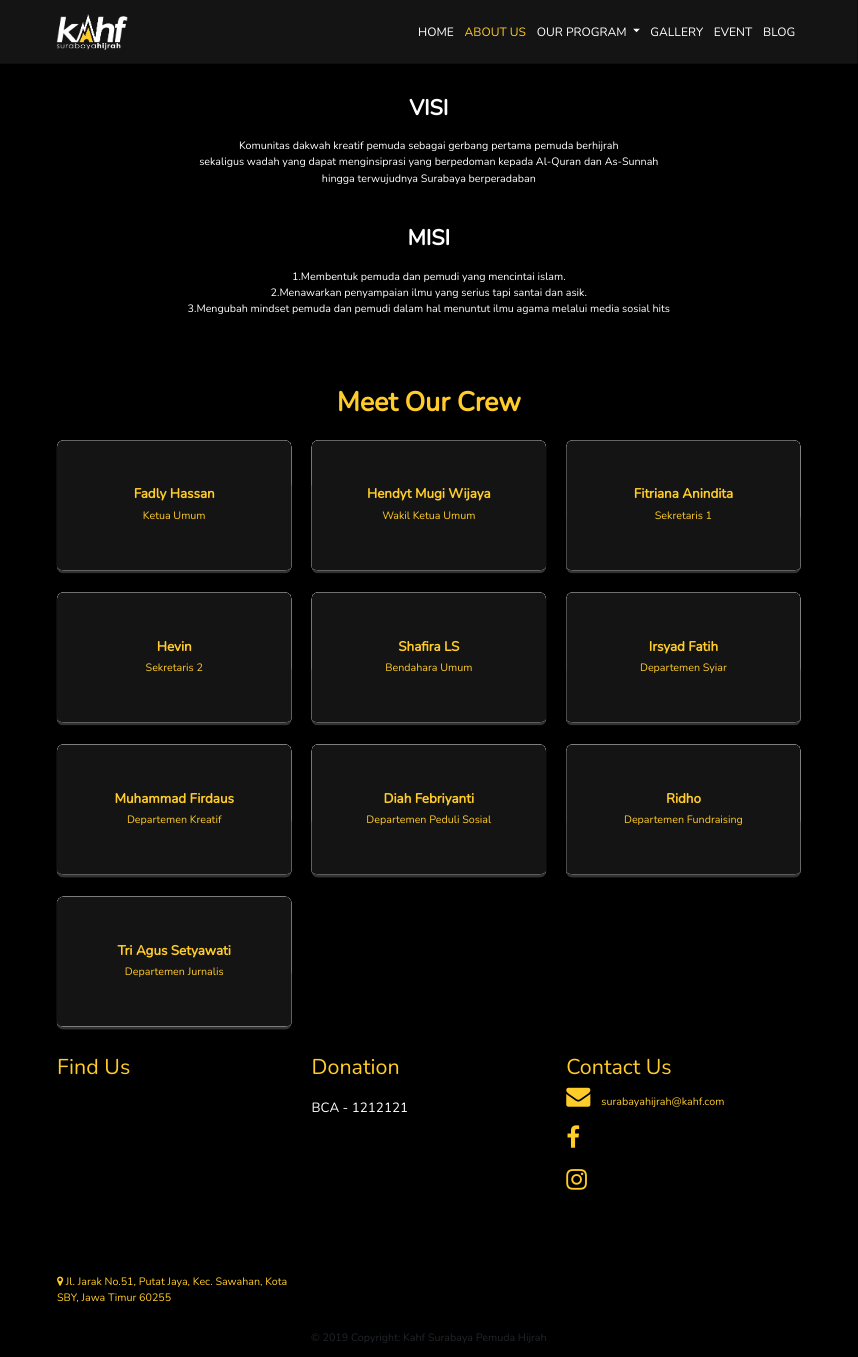
Repository: shandytp/surabaya-hijrah
Page: http://localhost/about.php
The author's editor kept a copy of each file at every save. The page is drawn from the files as they stood at one save, then again after the next save.
The browser window is 1280 px wide. The pictures show the whole page, at 67% of full size.
Pictures or frames that could not be fetched are drawn as grey boxes. Some web libraries are served in a nearby version. The page is run by PHP 8.4 with error messages shown; the project is at /var/www/html/.

Above is the page before, as saved 2019-08-24 10:45:02.
Console error: TypeError: Cannot read properties of undefined (reading 'fn')

### about.php
<!-- Tim IT Surabaya Hijrah
- Wisnu Aria Y (Project Leader & Front End Developer)
- Moch Shandy Tsalasa Putra (Front End Developer)
- Aryo Budilaksono (Back End Developer)
- Kelvin Adji Pangestu (Back End Developer)
-->

<!DOCTYPE html>
<html lang="en">
<head>
    <meta charset="UTF-8">
    <meta name="author" content="Wisnu Aria Y,Moch Shandy Tsalasa Putra">
    <meta name="viewport" content="width=device-width, initial-scale=1.0">
    <meta http-equiv="X-UA-Compatible" content="ie=edge">
    <!-- Favicon -->

    <link rel="shortcut icon" href="pictures/kahf.png" type="image/x-icon">
    <link rel="icon" href="pictures/favicon.ico" type="image/x-icon">

    <!-- Source CDN (Content Delivery Network) -->

    <!-- Navbar Bootstrap -->
    <link rel="stylesheet" href="https://maxcdn.bootstrapcdn.com/bootstrap/4.0.0-beta/css/bootstrap.min.css" integrity="sha384-/Y6pD6FV/Vv2HJnA6t+vslU6fwYXjCFtcEpHbNJ0lyAFsXTsjBbfaDjzALeQsN6M" crossorigin="anonymous">
    <script src="//maxcdn.bootstrapcdn.com/bootstrap/4.0.0/js/bootstrap.min.js"></script>
    <script src="//code.jquery.com/jquery-1.11.1.min.js"></script>

    <!-- Icon-icon -->
    <link rel="stylesheet" href="https://stackpath.bootstrapcdn.com/font-awesome/4.7.0/css/font-awesome.min.css">

    <!-- About Us -->


    <!-- Main CSS -->
    <link rel="stylesheet" href="css/main.css">

    <!-- Title -->
    <title>About Us</title>
</head>
<body>
    <!-- Navbar -->
<header>
       <nav class="navbar navbar-expand-lg navbar-light bg-dark text-light py-3 main-nav">
          <div class="container">
            <a class="navbar-brand " href="index.php"><img src="pictures/kahflogo.png" width="105" height="52.5" alt="Kahf Logo"></a>
              <button class="navbar-toggler" type="button" data-toggle="collapse" data-target="#navbarSupportedContent" aria-controls="navbarSupportedContent" aria-expanded="false" aria-label="Toggle navigation">
                <span class="navbar-toggler-icon"></span>
              </button>

              <div class="collapse navbar-collapse " id="navbarSupportedContent">
                <ul class="navbar-nav ml-auto">
                <!-- Active itu buat halaman yang sedang dikunjungi -->
                  <li class="nav-item ">
                    <a class="nav-link link-3" href="index.php">Home <span class="sr-only">(current)</span></a>
                  </li>
                  <li class="nav-item active">
                    <a class="nav-link  link-3" href="about.php">About Us</a>
                  </li>
                  <li class="nav-item dropdown">
                    <a class="nav-link dropdown-toggle" href="#" id="navbardrop" data-toggle="dropdown">
                    Our Program
                    </a>
                    <div class="dropdown-menu sm-menu bg-dark">
                      <a class="dropdown-item " href="pubg.php">PUBG</a>
                      <a class="dropdown-item " href="foodbox.php">Food Box</a>
                      <a class="dropdown-item " href="ruangharapan.php">Ruang Harapan</a>
                      <a class="dropdown-item " href="mbois.php">MBOIS</a>
                    </div>
                  </li>
                  <li class="nav-item">
                    <a class="nav-link link-3" href="gallery.php">Gallery</a>
                  </li>
                  <li class="nav-item">
                    <a class="nav-link link-3" href="event.php">Event</a>
                  </li>
                  <li class="nav-item">
                    <a class="nav-link link-3" href="blog.php">Blog</a>
                  </li>
                </ul>
              </div>
          </div>
        </nav>
    </header>

    <!-- Optional JavaScript -->
    <!-- jQuery first, then Popper.js, then Bootstrap JS -->
    <script src="https://code.jquery.com/jquery-3.2.1.slim.min.js" integrity="sha384-KJ3o2DKtIkvYIK3UENzmM7KCkRr/rE9/Qpg6aAZGJwFDMVNA/GpGFF93hXpG5KkN" crossorigin="anonymous"></script>
    <script src="https://cdnjs.cloudflare.com/ajax/libs/popper.js/1.11.0/umd/popper.min.js" integrity="sha384-b/U6ypiBEHpOf/4+1nzFpr53nxSS+GLCkfwBdFNTxtclqqenISfwAzpKaMNFNmj4" crossorigin="anonymous"></script>
    <script src="https://maxcdn.bootstrapcdn.com/bootstrap/4.0.0-beta/js/bootstrap.min.js" integrity="sha384-h0AbiXch4ZDo7tp9hKZ4TsHbi047NrKGLO3SEJAg45jXxnGIfYzk4Si90RDIqNm1" crossorigin="anonymous"></script>

    <script src="js/navbar.js"></script>


    <!-- About Us -->
  <br>
  <br>
  <!-- Visi -->
  <h2 class="text-center" style="color:white"><strong>VISI</strong></h2>
  <div class="visi">
  <p class="text-center" style="color:white" >Komunitas dakwah kreatif pemuda sebagai gerbang pertama pemuda berhijrah
    <br> sekaligus wadah yang dapat menginsiprasi yang berpedoman kepada Al-Quran dan As-Sunnah
    <br> hingga terwujudnya Surabaya berperadaban</p>
</div>
<!-- Misi -->
<br>
  <h2 class="text-center" style="color:white"><strong>MISI</strong></h2>
  <div class="visi">
  <p class="text-center" style="color:white"  >1.Membentuk pemuda dan pemudi yang mencintai islam.
    <br> 2.Menawarkan penyampaian ilmu yang serius tapi santai dan asik.
    <br> 3.Mengubah mindset pemuda dan pemudi dalam hal menuntut ilmu agama melalui media sosial hits</p>
</div>


  <br/>
  <div class="container">
    <h1 class="text-center">Meet Our Crew</h1>
  <div class="row">

  <!--Ketua Umum-->
  <div class="col-lg-4">
  <div class="our-team-main">

  <div class="team-front">
  <h3>Fadly Hassan</h3>
  <p>Ketua Umum</p>
  </div>

  <div class="team-back">
  <span class="back-content">
  Dhif jalok tolong ojok dadi wibu koyok tepe

  </span>
    <div class="text-center">
    <!-- just add href= for your links, like this: -->
    <a href="http://facebook.com" class="btn btn-social-icon btn-facebook">
    <i class="fa fa-facebook"></i></a>
    <a href="http://instagram.com" class="btn btn-social-icon btn-instagram"><i class="fa fa-instagram"></i></a>
    <a class="btn btn-social-icon btn-linkedin"><i class="fa fa-linkedin"></i></a>

    <a class="btn btn-social-icon btn-twitter"><i class="fa fa-twitter"></i></a>

  </div>
  </div>

  </div>
  </div>
  <!--Waketum-->

 <div class="col-lg-4">
  <div class="our-team-main">

  <div class="team-front">
  <h3>Hendyt Mugi Wijaya</h3>
  <p>Wakil Ketua Umum</p>
  </div>

  <div class="team-back">
  <span class="back-content">
  pengen vapor

  </span>
    <div class="text-center">
    <!-- just add href= for your links, like this: -->
    <a href="http://facebook.com" class="btn btn-social-icon btn-facebook">
    <i class="fa fa-facebook"></i></a>
    <a href="http://instagram.com" class="btn btn-social-icon btn-instagram"><i class="fa fa-instagram"></i></a>
    <a class="btn btn-social-icon btn-linkedin"><i class="fa fa-linkedin"></i></a>

    <a class="btn btn-social-icon btn-twitter"><i class="fa fa-twitter"></i></a>

  </div>
  </div>

  </div>
  </div>


  <!--Sekretaris1-->
  <div class="col-lg-4">
  <div class="our-team-main">

  <div class="team-front">
  <h3>Fitriana Anindita</h3>
  <p>Sekretaris 1</p>
  </div>

  <div class="team-back">
  <span>
  Lorem ipsum dolor sit amet, consectetuer adipiscing elit. Aenean commodo ligula eget dolor. Aenean massa. Cum sociis
  </span>
     <div class="text-center">
    <!-- just add href= for your links, like this: -->
    <a href="http://facebook.com" class="btn btn-social-icon btn-facebook">
    <i class="fa fa-facebook"></i></a>

    <a class="btn btn-social-icon btn-github"><i class="fa fa-github"></i></a>
    <a class="btn btn-social-icon btn-google-plus"><i class="fa fa-google-plus"></i></a>
    <a class="btn btn-social-icon btn-instagram"><i class="fa fa-instagram"></i></a>
    <a class="btn btn-social-icon btn-linkedin"><i class="fa fa-linkedin"></i></a>

    <a class="btn btn-social-icon btn-twitter"><i class="fa fa-twitter"></i></a>

  </div>
  </div>

  </div>
  </div>

  <!--Sekretaris2-->
  <div class="col-lg-4">
  <div class="our-team-main">

  <div class="team-front">
  <h3>Hevin</h3>
  <p>Sekretaris 2</p>
  </div>

  <div class="team-back">
  <span>
  Lorem ipsum dolor sit amet, consectetuer adipiscing elit. Aenean commodo ligula eget dolor. Aenean massa. Cum sociis
  </span>
     <div class="text-center">
    <!-- just add href= for your links, like this: -->
    <a href="http://facebook.com" class="btn btn-social-icon btn-facebook">
    <i class="fa fa-facebook"></i></a>

    <a class="btn btn-social-icon btn-github"><i class="fa fa-github"></i></a>
    <a class="btn btn-social-icon btn-google-plus"><i class="fa fa-google-plus"></i></a>
    <a class="btn btn-social-icon btn-instagram"><i class="fa fa-instagram"></i></a>
    <a class="btn btn-social-icon btn-linkedin"><i class="fa fa-linkedin"></i></a>

    <a class="btn btn-social-icon btn-twitter"><i class="fa fa-twitter"></i></a>

  </div>
  </div>

  </div>
  </div>

  <!--Bendum-->
  <div class="col-lg-4">
  <div class="our-team-main">

  <div class="team-front">
  <h3>Shafira LS</h3>
  <p>Bendahara Umum</p>
  </div>

  <div class="team-back">
  <span>
  Lorem ipsum dolor sit amet, consectetuer adipiscing elit. Aenean commodo ligula eget dolor. Aenean massa. Cum sociis
  </span>
     <div class="text-center">
    <!-- just add href= for your links, like this: -->
    <a href="http://facebook.com" class="btn btn-social-icon btn-facebook">
    <i class="fa fa-facebook"></i></a>

    <a class="btn btn-social-icon btn-github"><i class="fa fa-github"></i></a>
    <a class="btn btn-social-icon btn-google-plus"><i class="fa fa-google-plus"></i></a>
    <a class="btn btn-social-icon btn-instagram"><i class="fa fa-instagram"></i></a>
    <a class="btn btn-social-icon btn-linkedin"><i class="fa fa-linkedin"></i></a>

    <a class="btn btn-social-icon btn-twitter"><i class="fa fa-twitter"></i></a>

  </div>
  </div>

  </div>
  </div>

  <!--Departemen Syiar-->
  <div class="col-lg-4">
  <div class="our-team-main">

  <div class="team-front">
  <h3>Irsyad Fatih</h3>
  <p>Departemen Syiar</p>
  </div>

  <div class="team-back">
  <span>
  Lorem ipsum dolor sit amet, consectetuer adipiscing elit. Aenean commodo ligula eget dolor. Aenean massa. Cum sociis
  </span>
     <div class="text-center">
    <!-- just add href= for your links, like this: -->
    <a href="http://facebook.com" class="btn btn-social-icon btn-facebook">
    <i class="fa fa-facebook"></i></a>

    <a class="btn btn-social-icon btn-github"><i class="fa fa-github"></i></a>
    <a class="btn btn-social-icon btn-google-plus"><i class="fa fa-google-plus"></i></a>
    <a class="btn btn-social-icon btn-instagram"><i class="fa fa-instagram"></i></a>
    <a class="btn btn-social-icon btn-linkedin"><i class="fa fa-linkedin"></i></a>

    <a class="btn btn-social-icon btn-twitter"><i class="fa fa-twitter"></i></a>

  </div>
  </div>

  </div>
  </div>

  <!--Departemen Kreatif-->
  <div class="col-lg-4">
  <div class="our-team-main">

  <div class="team-front">
  <h3>Muhammad Firdaus</h3>
  <p>Departemen Kreatif</p>
  </div>

  <div class="team-back">
  <span>
  Lorem ipsum dolor sit amet, consectetuer adipiscing elit. Aenean commodo ligula eget dolor. Aenean massa. Cum sociis
  </span>
     <div class="text-center">
    <!-- just add href= for your links, like this: -->
    <a href="http://facebook.com" class="btn btn-social-icon btn-facebook">
    <i class="fa fa-facebook"></i></a>

    <a class="btn btn-social-icon btn-github"><i class="fa fa-github"></i></a>
    <a class="btn btn-social-icon btn-google-plus"><i class="fa fa-google-plus"></i></a>
    <a class="btn btn-social-icon btn-instagram"><i class="fa fa-instagram"></i></a>
    <a class="btn btn-social-icon btn-linkedin"><i class="fa fa-linkedin"></i></a>

    <a class="btn btn-social-icon btn-twitter"><i class="fa fa-twitter"></i></a>

  </div>
  </div>

  </div>
  </div>

  <!--Departemen Peduli Sosial-->
  <div class="col-lg-4">
  <div class="our-team-main">

  <div class="team-front">
  <h3>Diah Febriyanti</h3>
  <p>Departemen Peduli Sosial</p>
  </div>

  <div class="team-back">
  <span>
  Lorem ipsum dolor sit amet, consectetuer adipiscing elit. Aenean commodo ligula eget dolor. Aenean massa. Cum sociis
  </span>
     <div class="text-center">
    <!-- just add href= for your links, like this: -->
    <a href="http://facebook.com" class="btn btn-social-icon btn-facebook">
    <i class="fa fa-facebook"></i></a>

    <a class="btn btn-social-icon btn-github"><i class="fa fa-github"></i></a>
    <a class="btn btn-social-icon btn-google-plus"><i class="fa fa-google-plus"></i></a>
    <a class="btn btn-social-icon btn-instagram"><i class="fa fa-instagram"></i></a>
    <a class="btn btn-social-icon btn-linkedin"><i class="fa fa-linkedin"></i></a>

    <a class="btn btn-social-icon btn-twitter"><i class="fa fa-twitter"></i></a>

  </div>
  </div>

  </div>
  </div>

  <!--Departemen Fundraising-->
  <div class="col-lg-4">
  <div class="our-team-main">

  <div class="team-front">
  <h3>Ridho</h3>
  <p>Departemen Fundraising</p>
  </div>

  <div class="team-back">
  <span>
  Lorem ipsum dolor sit amet, consectetuer adipiscing elit. Aenean commodo ligula eget dolor. Aenean massa. Cum sociis
  </span>
     <div class="text-center">
    <!-- just add href= for your links, like this: -->
    <a href="http://facebook.com" class="btn btn-social-icon btn-facebook">
    <i class="fa fa-facebook"></i></a>

    <a class="btn btn-social-icon btn-github"><i class="fa fa-github"></i></a>
    <a class="btn btn-social-icon btn-google-plus"><i class="fa fa-google-plus"></i></a>
    <a class="btn btn-social-icon btn-instagram"><i class="fa fa-instagram"></i></a>
    <a class="btn btn-social-icon btn-linkedin"><i class="fa fa-linkedin"></i></a>

    <a class="btn btn-social-icon btn-twitter"><i class="fa fa-twitter"></i></a>

  </div>
  </div>

  </div>
  </div>

  <!--Departemen Jurnalis-->
  <div class="col-lg-4">
  <div class="our-team-main">

  <div class="team-front">
  <h3>Tri Agus Setyawati</h3>
  <p>Departemen Jurnalis</p>
  </div>

  <div class="team-back">
  <span>
  Lorem ipsum dolor sit amet, consectetuer adipiscing elit. Aenean commodo ligula eget dolor. Aenean massa. Cum sociis
  </span>
     <div class="text-center">
    <!-- just add href= for your links, like this: -->
    <a href="http://facebook.com" class="btn btn-social-icon btn-facebook">
    <i class="fa fa-facebook"></i></a>

    <a class="btn btn-social-icon btn-github"><i class="fa fa-github"></i></a>
    <a class="btn btn-social-icon btn-google-plus"><i class="fa fa-google-plus"></i></a>
    <a class="btn btn-social-icon btn-instagram"><i class="fa fa-instagram"></i></a>
    <a class="btn btn-social-icon btn-linkedin"><i class="fa fa-linkedin"></i></a>

    <a class="btn btn-social-icon btn-twitter"><i class="fa fa-twitter"></i></a>

  </div>
  </div>

  </div>
  </div>

</div>
<!--     row end -->
</div>
<!-- container end -->

<!-- Footer -->
<footer>
        <div class="container">
          <div class="row">
            <div class="col-md-8 col-sm-8">
              <div class="row footer-menu">
                <!-- Find Us Location -->
                <div class="col-md-6 col-xs-12">
                  <h2 class="footer">
                    Find Us
                  </h2>
                    <div class="embed-responsive embed-responsive-4by3">
                      <iframe src="https://www.google.com/maps/embed?pb=!1m18!1m12!1m3!1d3957.6525253721115!2d112.71829691354493!3d-7.2803191735654424!2m3!1f0!2f0!3f0!3m2!1i1024!2i768!4f13.1!3m3!1m2!1s0x2dd7fba2c2498407%3A0xcd27f60f463c0dfd!2sRuang+Harapan-Kahf+Surabaya+Hijrah!5e0!3m2!1sid!2sid!4v1565593698302!5m2!1sid!2sid" width="425" height="350" frameborder="0" style="border:0" allowfullscreen>
                      </iframe>
                    </div>
                    <a href="https://g.page/surabayahijrah?share"
                        target="_blank"><i class="fa fa-map-marker" aria-hidden="true"></i> Jl. Jarak No.51, Putat Jaya, Kec. Sawahan, Kota SBY, Jawa Timur 60255</a>
                </div>
                <div class="col-md-6 col-xs-12">
                  <h2 class="footer">Donation</h2>
                  <br>
                  <h5>BCA - 1212121</h5>
                </div>
              </div>
            </div>
            <div class="col-md-4 col-sm-4">
              <h2 class="footer">Contact Us</h2>
              <ul class="follow-us clearfix">
                  <li><a href="#"><i class="fa fa-envelope" aria-hidden="true" style="font-size:36px"></i>&nbsp;&nbsp;&nbsp;&nbsp;surabayahijrah@kahf.com</a><a href="#"></a></li>
                  <br>
                  <li><a href="#"><i class="fa fa-facebook" aria-hidden="true" style="font-size:36px"></i></a></li>
                  <br>
                  <li><a href="#"><i class="fa fa-instagram" aria-hidden="true" style="font-size:36px"></i></a></li>
            </ul>
            </div>
          </div>
        </div>

          <!-- Copyright -->
        <div class="footer-copyright text-center py-3">© 2019 Copyright: Kahf Surabaya Pemuda Hijrah</div>
  <!-- Copyright -->
</footer>
</body>
</html>

Loaded but not shown: js/navbar.js (11 lines, source omitted); css/main.css (486 lines, source omitted)

After the next save:
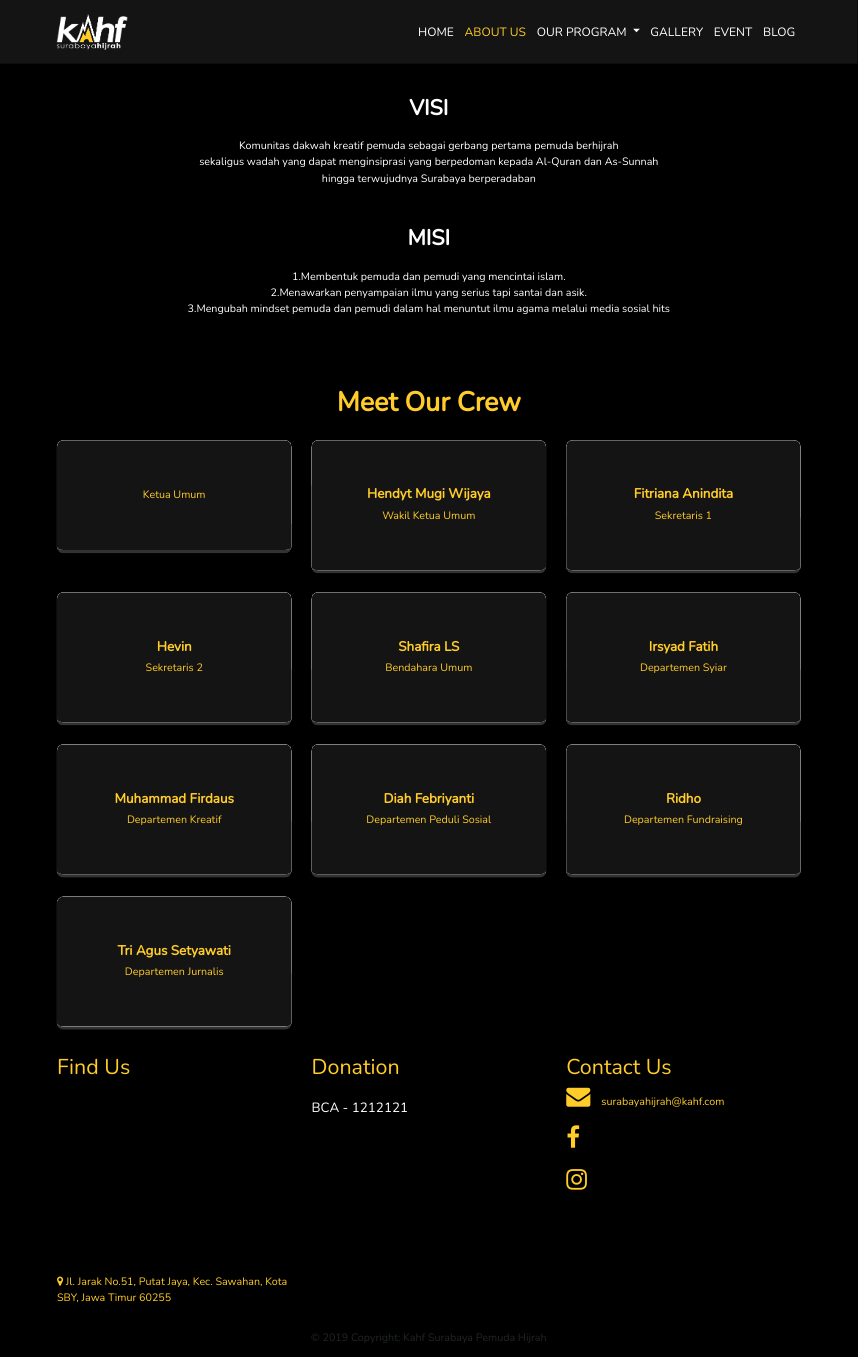
Saved 73 s later.
--- a/about.php
+++ b/about.php
@@ -120,25 +120,15 @@
   <div class="our-team-main">
 
   <div class="team-front">
-  <h3>Fadly Hassan</h3>
   <p>Ketua Umum</p>
   </div>
 
   <div class="team-back">
   <span class="back-content">
-  Dhif jalok tolong ojok dadi wibu koyok tepe
-
-  </span>
-    <div class="text-center">
-    <!-- just add href= for your links, like this: -->
-    <a href="http://facebook.com" class="btn btn-social-icon btn-facebook">
-    <i class="fa fa-facebook"></i></a>
-    <a href="http://instagram.com" class="btn btn-social-icon btn-instagram"><i class="fa fa-instagram"></i></a>
-    <a class="btn btn-social-icon btn-linkedin"><i class="fa fa-linkedin"></i></a>
-
-    <a class="btn btn-social-icon btn-twitter"><i class="fa fa-twitter"></i></a>
-
-  </div>
+  Lorem ipsum, dolor sit amet consectetur adipisicing elit. Aut voluptatum amet odio ipsam officia molestiae suscipit temporibus sit quisquam sapiente hic, quaerat modi ex ea vitae nisi dolores fugiat ratione.
+
+  </span>
+
   </div>
 
   </div>
